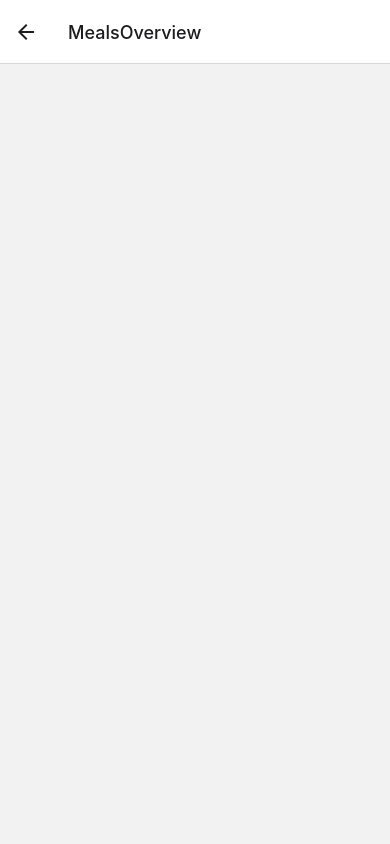
Repository: SyLe-Van/Food-Category-App
Screen: /, after clicking the first element matching `div.r-cursor-1loqt21`
These files come from the project's save history. The screen is drawn as it stood at one moment and after the next save; the edit follows.
The app was drawn by React Native's web renderer in a window 390 px wide. The project was rebuilt for these pictures with package versions that can differ from the ones it lists, and the page was loaded fresh each time.

Above is the screen before, as saved 2024-02-19 10:02:41.

### App.js
import { StatusBar } from "expo-status-bar";
import { StyleSheet } from "react-native";
import { NavigationContainer } from "@react-navigation/native";
import { createNativeStackNavigator } from "@react-navigation/native-stack";

import CategoriesScreen from "./screens/CategoriesScreen";
import MealsOverviewScreen from "./screens/MealsOverViewScreen";

const Stack = createNativeStackNavigator();

export default function App() {
  return (
    <>
      <StatusBar style="dark" />
      <NavigationContainer>
        <Stack.Navigator>
          <Stack.Screen name="MealsCategories" component={CategoriesScreen} />
          <Stack.Screen name="MealsOverview" component={MealsOverviewScreen} />
        </Stack.Navigator>
      </NavigationContainer>
    </>
  );
}

const styles = StyleSheet.create({
  container: {
    flex: 1,
    backgroundColor: "#fff",
    alignItems: "center",
    justifyContent: "center",
  },
});

### screens/CategoriesScreen.js
import { FlatList } from "react-native";
import { CATEGORIES } from "../data/dummy-data";
import CategoryGridTile from "../components/CategoryGridTile";

function CategoriesScreen({ navigation }) {
  function renderCategoryItem(itemData) {
    function pressHandler() {
      navigation.navigate("MealsOverview", {
        categoryId: itemData.item.id,
      });
    }
    return (
      <CategoryGridTile
        title={itemData.item.title}
        color={itemData.item.color}
        onPress={pressHandler}
      />
    );
  }
  return (
    <FlatList
      data={CATEGORIES}
      keyExtractor={(item) => item.id}
      renderItem={renderCategoryItem}
      numColumns={2}
    />
  );
}
export default CategoriesScreen;

### screens/MealsOverViewScreen.js
import { MEALS } from "../data/dummy-data";
import { View, Text, StyleSheet, FlatList } from "react-native";

function MealsOverviewScreen({ route }) {
  const catId = route.params.categoryId;
  const displayedMeals = MEALS.filter((mealItem) => {
    return mealItem.categoryIds.indexOf(catId) >= 0;
  });
  function renderMealItem() {}
  return (
    <View style={styles.container}>
      <FlatList
        data={displayedMeals}
        keyExtractor={(item) => item.id}
        renderItem={renderMealItem}
      />
    </View>
  );
}
export default MealsOverviewScreen;

const styles = StyleSheet.create({
  container: {
    flex: 1,
    padding: 16,
  },
});

### data/dummy-data.js
import Category from "../models/category";
import Meal from "../models/meal";

export const CATEGORIES = [
  new Category("c1", "Italian", "#f5428d"),
  new Category("c2", "Quick & Easy", "#f54242"),
  new Category("c3", "Hamburgers", "#f5a442"),
  new Category("c4", "German", "#f5d142"),
  new Category("c5", "Light & Lovely", "#368dff"),
  new Category("c6", "Exotic", "#41d95d"),
  new Category("c7", "Breakfast", "#9eecff"),
  new Category("c8", "Asian", "#b9ffb0"),
  new Category("c9", "French", "#ffc7ff"),
  new Category("c10", "Summer", "#47fced"),
];

export const MEALS = [
  new Meal(
    "m1",
    ["c1", "c2"],
    "Spaghetti with Tomato Sauce",
    "affordable",
    "simple",
    "https://upload.wikimedia.org/wikipedia/commons/thumb/2/20/Spaghetti_Bolognese_mit_Parmesan_oder_Grana_Padano.jpg/800px-Spaghetti_Bolognese_mit_Parmesan_oder_Grana_Padano.jpg",
    20,
    [
      "4 Tomatoes",
      "1 Tablespoon of Olive Oil",
      "1 Onion",
      "250g Spaghetti",
      "Spices",
      "Cheese (optional)",
    ],
    [
      "Cut the tomatoes and the onion into small pieces.",
      "Boil some water - add salt to it once it boils.",
      "Put the spaghetti into the boiling water - they should be done in about 10 to 12 minutes.",
      "In the meantime, heaten up some olive oil and add the cut onion.",
      "After 2 minutes, add the tomato pieces, salt, pepper and your other spices.",
      "The sauce will be done once the spaghetti are.",
      "Feel free to add some cheese on top of the finished dish.",
    ],
    false,
    true,
    true,
    true
  ),

  new Meal(
    "m2",
    ["c2"],
    "Toast Hawaii",
    "affordable",
    "simple",
    "https://cdn.pixabay.com/photo/2018/07/11/21/51/toast-3532016_1280.jpg",
    10,
    [
      "1 Slice White Bread",
      "1 Slice Ham",
      "1 Slice Pineapple",
      "1-2 Slices of Cheese",
      "Butter",
    ],
    [
      "Butter one side of the white bread",
      "Layer ham, the pineapple and cheese on the white bread",
      "Bake the toast for round about 10 minutes in the oven at 200°C",
    ],
    false,
    false,
    false,
    false
  ),

  new Meal(
    "m3",
    ["c3"],
    "Classic Hamburger",
    "pricey",
    "simple",
    "https://cdn.pixabay.com/photo/2014/10/23/18/05/burger-500054_1280.jpg",
    45,
    [
      "300g Cattle Hack",
      "1 Tomato",
      "1 Cucumber",
      "1 Onion",
      "Ketchup",
      "2 Burger Buns",
    ],
    [
      "Form 2 patties",
      "Fry the patties for c. 4 minutes on each side",
      "Quickly fry the buns for c. 1 minute on each side",
      "Bruch buns with ketchup",
      "Serve burger with tomato, cucumber and onion",
    ],
    false,
    false,
    false,
    true
  ),

  new Meal(
    "m4",
    ["c4"],
    "Wiener Schnitzel",
    "luxurious",
    "challenging",
    "https://cdn.pixabay.com/photo/2018/03/31/19/29/schnitzel-3279045_1280.jpg",
    60,
    [
      "8 Veal Cutlets",
      "4 Eggs",
      "200g Bread Crumbs",
      "100g Flour",
      "300ml Butter",
      "100g Vegetable Oil",
      "Salt",
      "Lemon Slices",
    ],
    [
      "Tenderize the veal to about 2–4mm, and salt on both sides.",
      "On a flat plate, stir the eggs briefly with a fork.",
      "Lightly coat the cutlets in flour then dip into the egg, and finally, coat in breadcrumbs.",
      "Heat the butter and oil in a large pan (allow the fat to get very hot) and fry the schnitzels until golden brown on both sides.",
      "Make sure to toss the pan regularly so that the schnitzels are surrounded by oil and the crumbing becomes ‘fluffy’.",
      "Remove, and drain on kitchen paper. Fry the parsley in the remaining oil and drain.",
      "Place the schnitzels on awarmed plate and serve garnishedwith parsley and slices of lemon.",
    ],
    false,
    false,
    false,
    false
  ),

  new Meal(
    "m5",
    ["c2", "c5", "c10"],
    "Salad with Smoked Salmon",
    "luxurious",
    "simple",
    "https://cdn.pixabay.com/photo/2016/10/25/13/29/smoked-salmon-salad-1768890_1280.jpg",
    15,
    [
      "Arugula",
      "Lamb's Lettuce",
      "Parsley",
      "Fennel",
      "200g Smoked Salmon",
      "Mustard",
      "Balsamic Vinegar",
      "Olive Oil",
      "Salt and Pepper",
    ],
    [
      "Wash and cut salad and herbs",
      "Dice the salmon",
      "Process mustard, vinegar and olive oil into a dessing",
      "Prepare the salad",
      "Add salmon cubes and dressing",
    ],
    true,
    false,
    true,
    true
  ),

  new Meal(
    "m6",
    ["c6", "c10"],
    "Delicious Orange Mousse",
    "affordable",
    "hard",
    "https://cdn.pixabay.com/photo/2017/05/01/05/18/pastry-2274750_1280.jpg",
    240,
    [
      "4 Sheets of Gelatine",
      "150ml Orange Juice",
      "80g Sugar",
      "300g Yoghurt",
      "200g Cream",
      "Orange Peel",
    ],
    [
      "Dissolve gelatine in pot",
      "Add orange juice and sugar",
      "Take pot off the stove",
      "Add 2 tablespoons of yoghurt",
      "Stir gelatin under remaining yoghurt",
      "Cool everything down in the refrigerator",
      "Whip the cream and lift it under die orange mass",
      "Cool down again for at least 4 hours",
      "Serve with orange peel",
    ],
    true,
    false,
    true,
    false
  ),

  new Meal(
    "m7",
    ["c7"],
    "Pancakes",
    "affordable",
    "simple",
    "https://cdn.pixabay.com/photo/2018/07/10/21/23/pancake-3529653_1280.jpg",
    20,
    [
      "1 1/2 Cups all-purpose Flour",
      "3 1/2 Teaspoons Baking Powder",
      "1 Teaspoon Salt",
      "1 Tablespoon White Sugar",
      "1 1/4 cups Milk",
      "1 Egg",
      "3 Tablespoons Butter, melted",
    ],
    [
      "In a large bowl, sift together the flour, baking powder, salt and sugar.",
      "Make a well in the center and pour in the milk, egg and melted butter; mix until smooth.",
      "Heat a lightly oiled griddle or frying pan over medium high heat.",
      "Pour or scoop the batter onto the griddle, using approximately 1/4 cup for each pancake. Brown on both sides and serve hot.",
    ],
    true,
    false,
    true,
    false
  ),

  new Meal(
    "m8",
    ["c8"],
    "Creamy Indian Chicken Curry",
    "pricey",
    "challenging",
    "https://cdn.pixabay.com/photo/2018/06/18/16/05/indian-food-3482749_1280.jpg",
    35,
    [
      "4 Chicken Breasts",
      "1 Onion",
      "2 Cloves of Garlic",
      "1 Piece of Ginger",
      "4 Tablespoons Almonds",
      "1 Teaspoon Cayenne Pepper",
      "500ml Coconut Milk",
    ],
    [
      "Slice and fry the chicken breast",
      "Process onion, garlic and ginger into paste and sauté everything",
      "Add spices and stir fry",
      "Add chicken breast + 250ml of water and cook everything for 10 minutes",
      "Add coconut milk",
      "Serve with rice",
    ],
    true,
    false,
    false,
    true
  ),

  new Meal(
    "m9",
    ["c9"],
    "Chocolate Souffle",
    "affordable",
    "hard",
    "https://cdn.pixabay.com/photo/2014/08/07/21/07/souffle-412785_1280.jpg",
    45,
    [
      "1 Teaspoon melted Butter",
      "2 Tablespoons white Sugar",
      "2 Ounces 70% dark Chocolate, broken into pieces",
      "1 Tablespoon Butter",
      "1 Tablespoon all-purpose Flour",
      "4 1/3 tablespoons cold Milk",
      "1 Pinch Salt",
      "1 Pinch Cayenne Pepper",
      "1 Large Egg Yolk",
      "2 Large Egg Whites",
      "1 Pinch Cream of Tartar",
      "1 Tablespoon white Sugar",
    ],
    [
      "Preheat oven to 190°C. Line a rimmed baking sheet with parchment paper.",
      "Brush bottom and sides of 2 ramekins lightly with 1 teaspoon melted butter; cover bottom and sides right up to the rim.",
      "Add 1 tablespoon white sugar to ramekins. Rotate ramekins until sugar coats all surfaces.",
      "Place chocolate pieces in a metal mixing bowl.",
      "Place bowl over a pan of about 3 cups hot water over low heat.",
      "Melt 1 tablespoon butter in a skillet over medium heat. Sprinkle in flour. Whisk until flour is incorporated into butter and mixture thickens.",
      "Whisk in cold milk until mixture becomes smooth and thickens. Transfer mixture to bowl with melted chocolate.",
      "Add salt and cayenne pepper. Mix together thoroughly. Add egg yolk and mix to combine.",
      "Leave bowl above the hot (not simmering) water to keep chocolate warm while you whip the egg whites.",
      "Place 2 egg whites in a mixing bowl; add cream of tartar. Whisk until mixture begins to thicken and a drizzle from the whisk stays on the surface about 1 second before disappearing into the mix.",
      "Add 1/3 of sugar and whisk in. Whisk in a bit more sugar about 15 seconds.",
      "whisk in the rest of the sugar. Continue whisking until mixture is about as thick as shaving cream and holds soft peaks, 3 to 5 minutes.",
      "Transfer a little less than half of egg whites to chocolate.",
      "Mix until egg whites are thoroughly incorporated into the chocolate.",
      "Add the rest of the egg whites; gently fold into the chocolate with a spatula, lifting from the bottom and folding over.",
      "Stop mixing after the egg white disappears. Divide mixture between 2 prepared ramekins. Place ramekins on prepared baking sheet.",
      "Bake in preheated oven until scuffles are puffed and have risen above the top of the rims, 12 to 15 minutes.",
    ],
    true,
    false,
    true,
    false
  ),
  new Meal(
    "m10",
    ["c2", "c5", "c10"],
    "Asparagus Salad with Cherry Tomatoes",
    "luxurious",
    "simple",
    "https://cdn.pixabay.com/photo/2018/04/09/18/26/asparagus-3304997_1280.jpg",
    30,
    [
      "White and Green Asparagus",
      "30g Pine Nuts",
      "300g Cherry Tomatoes",
      "Salad",
      "Salt, Pepper and Olive Oil",
    ],
    [
      "Wash, peel and cut the asparagus",
      "Cook in salted water",
      "Salt and pepper the asparagus",
      "Roast the pine nuts",
      "Halve the tomatoes",
      "Mix with asparagus, salad and dressing",
      "Serve with Baguette",
    ],
    true,
    true,
    true,
    true
  ),
];

### components/CategoryGridTile.js
import { Pressable, View, Text, StyleSheet, Platform } from "react-native";
import { useNavigation } from "@react-navigation/native";
function CategoryGridItem({ title, color, onPress, Navigation }) {
  return (
    <View style={styles.gridItem}>
      <Pressable
        style={({ pressed }) => [
          styles.button,
          pressed ? styles.buttonPressed : null,
        ]}
        onPress={onPress}
      >
        <View style={[styles.innerContainer, { backgroundColor: color }]}>
          <Text style={styles.title}>{title}</Text>
        </View>
      </Pressable>
    </View>
  );
}
export default CategoryGridItem;

const styles = StyleSheet.create({
  gridItem: {
    flex: 1,
    margin: 16,
    height: 150,
    borderRadius: 8,
    backgroundColor: "white",
    shadowColor: "black",
    shadowOpacity: 0.25,
    shadowOffset: { width: 0, height: 2 },
    shadowOffset: 8,
    overflow: Platform.OS === "android" ? "hidden" : "visible",
  },
  button: {
    flex: 1,
  },
  buttonPressed: {
    opacity: 0.5,
  },
  innerContainer: {
    flex: 1,
    justifyContent: "center",
    padding: 16,
    alignItems: "center",
    borderRadius: 8,
  },
  title: {
    fontWeight: "bold",
    fontSize: 18,
  },
});

### components/MealItem.js
import { View, Text } from "react-native";
function MealItem({ title }) {
  return (
    <View>
      <Text>{title}</Text>
    </View>
  );
}
export default MealItem;

Loaded but not shown: models/category.js (common file); models/meal.js (common file)

After the next save:
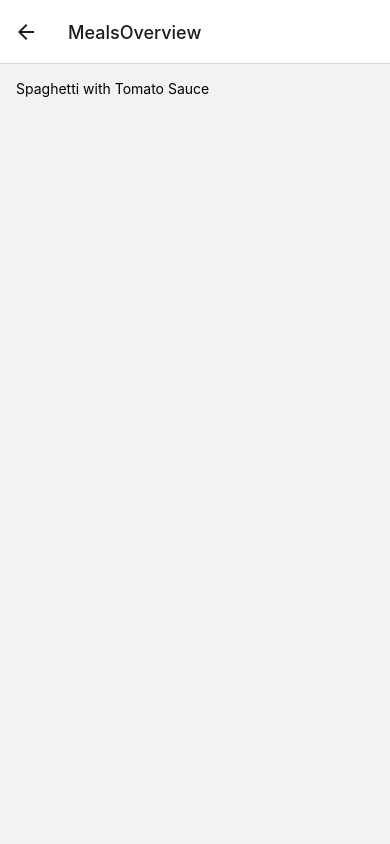
Saved 72 s later.
--- a/screens/MealsOverViewScreen.js
+++ b/screens/MealsOverViewScreen.js
@@ -1,12 +1,14 @@
 import { MEALS } from "../data/dummy-data";
 import { View, Text, StyleSheet, FlatList } from "react-native";
-
+import MealItem from "../components/MealItem";
 function MealsOverviewScreen({ route }) {
   const catId = route.params.categoryId;
   const displayedMeals = MEALS.filter((mealItem) => {
     return mealItem.categoryIds.indexOf(catId) >= 0;
   });
-  function renderMealItem() {}
+  function renderMealItem(itemData) {
+    return <MealItem title={itemData.item.title} />;
+  }
   return (
     <View style={styles.container}>
       <FlatList
